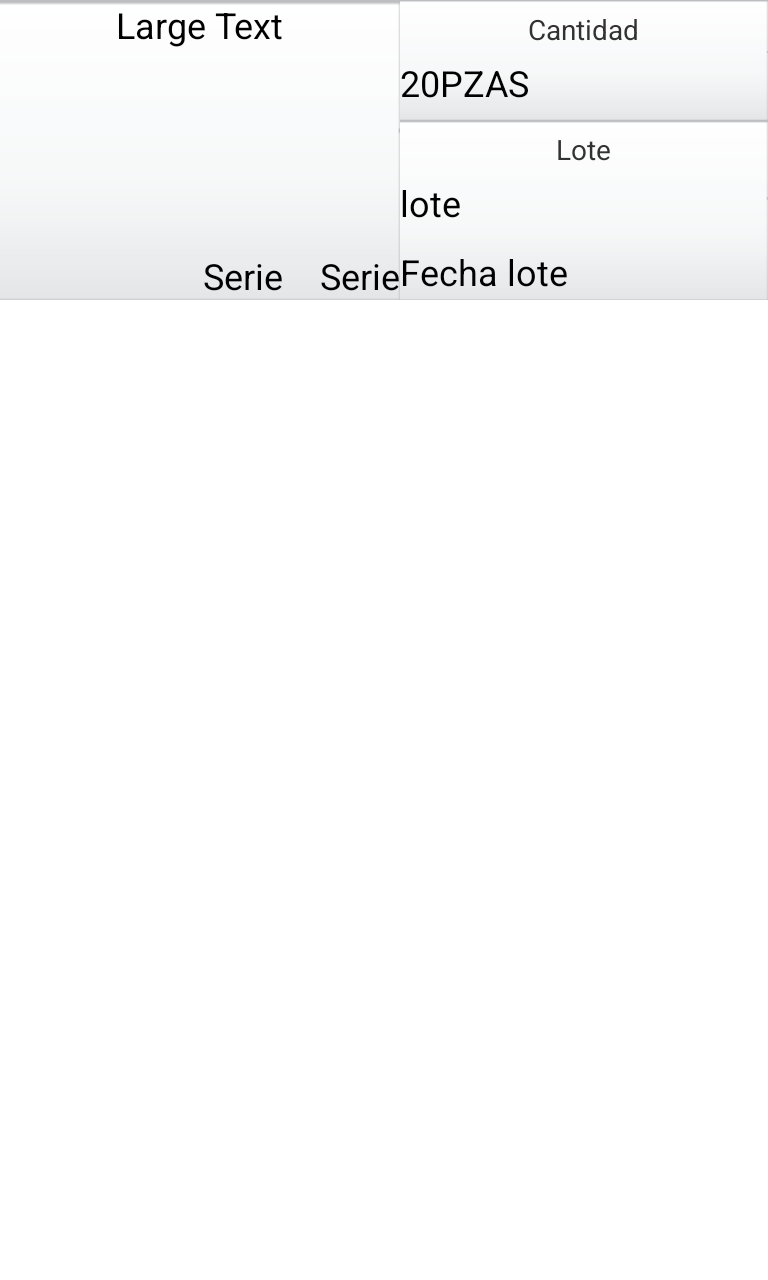
Repository: moynard/PeanutAndroid
Layout: WHSStorekeeper/res/layout/detail_arrivados.xml
The author's editor kept a copy of each file at every save. The layout is drawn from the files as they stood at one save, then again after the next save.
It is drawn on a 768 x 1280 px phone screen (xhdpi) without system bars, with theme AppTheme; the app's code is not run.

Above is the layout before, as saved 2013-07-25 00:20:04.

After the next save:
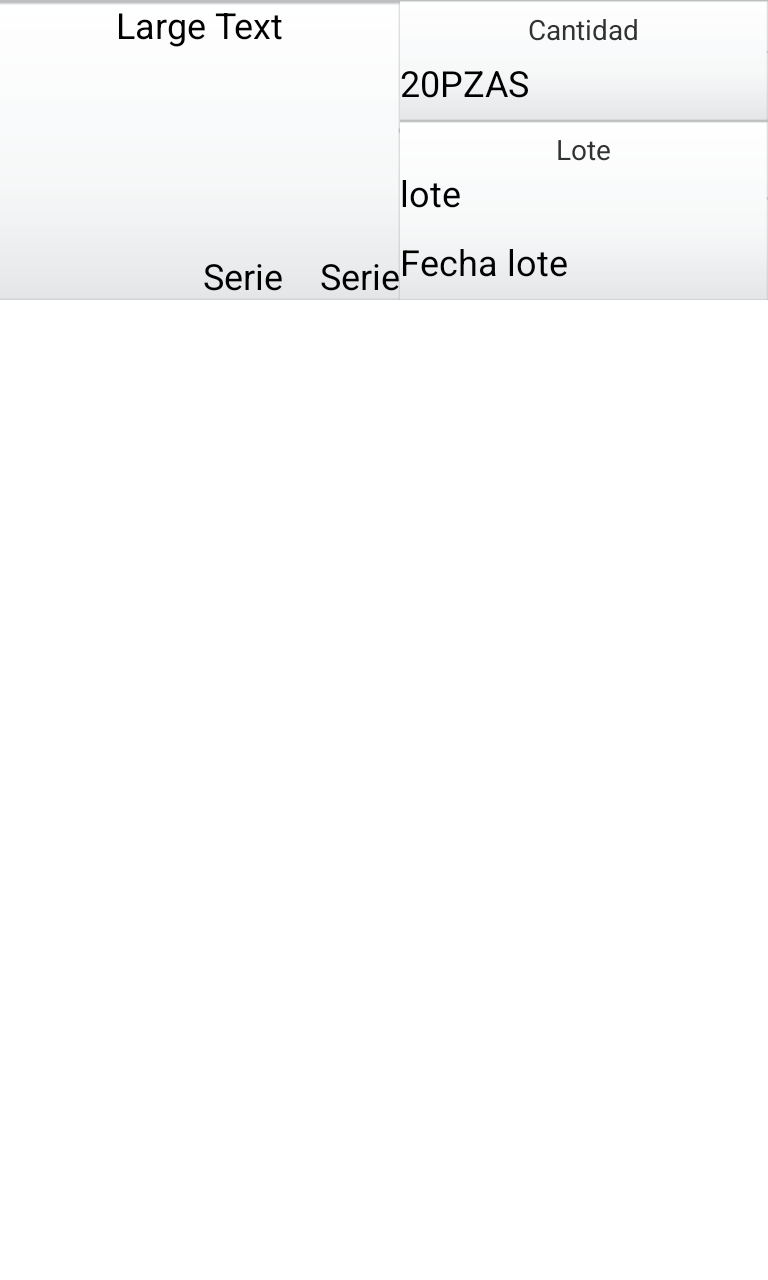
Saved 11 s later.
--- a/WHSStorekeeper/res/layout/detail_arrivados.xml
+++ b/WHSStorekeeper/res/layout/detail_arrivados.xml
@@ -101,7 +101,6 @@
                 android:layout_width="wrap_content"
                 android:layout_height="wrap_content"
                 android:layout_below="@+id/lbLote"
-                android:layout_marginTop="5dp"
                 android:gravity="center"
                 android:text="lote"
                 android:textAppearance="?android:attr/textAppearanceMedium" />

After the save that followed:
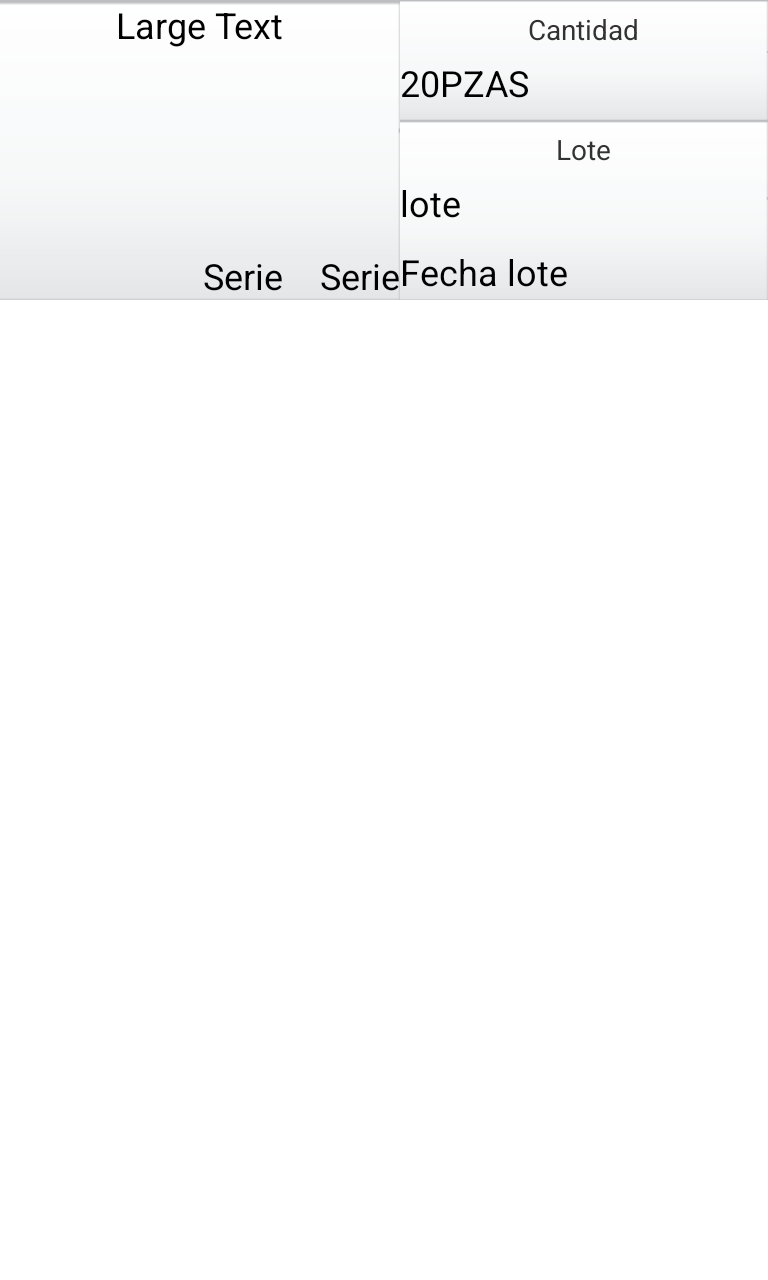
Saved 18 s later.
--- a/WHSStorekeeper/res/layout/detail_arrivados.xml
+++ b/WHSStorekeeper/res/layout/detail_arrivados.xml
@@ -101,7 +101,8 @@
                 android:layout_width="wrap_content"
                 android:layout_height="wrap_content"
                 android:layout_below="@+id/lbLote"
-                android:gravity="center"
+                android:layout_marginTop="5dp"
+
                 android:text="lote"
                 android:textAppearance="?android:attr/textAppearanceMedium" />
              <TextView
